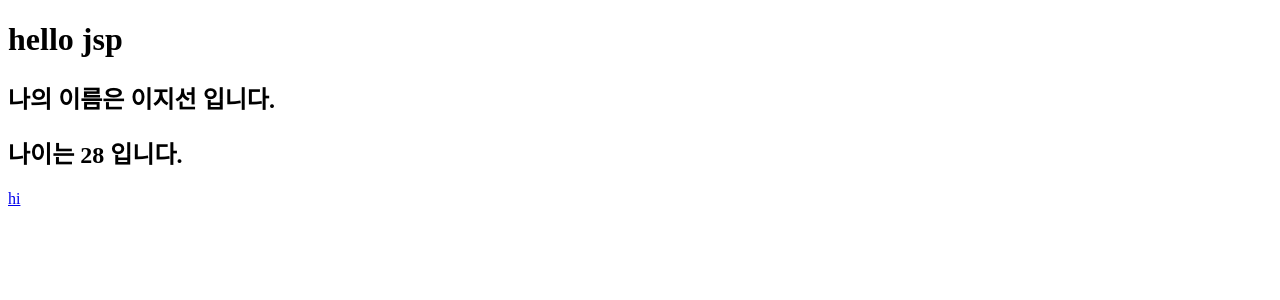
Repository: 2JISUN/hta-lecture-basic
Page: http://localhost/jsp01/hello.jsp
The author's editor kept a copy of each file at every save. The page is drawn from the files as they stood at one save, then again after the next save.
The browser window is 1280 px wide. The pictures show the whole page.
The page is served by Tomcat 10. Other server files are loaded and not shown.

Above is the page before, as saved 2023-09-13 05:46:34.

### jsp-lecture/jsp01/src/main/webapp/hello.jsp
<%@ page language="java" contentType="text/html; charset=UTF-8"
    pageEncoding="UTF-8"%>
<!DOCTYPE html>
<html>
<head>
<meta charset="UTF-8">
<title>Insert title here</title>
</head>
<body>
	<%
		String name = "이지선";
		int age = 28;

	%>
	<h1>hello jsp</h1>
	<h2>나의 이름은 <% out.println(name); %>입니다.</h2>
	<h2>나이는 <% out.println(age); %>입니다.</h2>
	<a href=hi.jsp">hi</a>
</body>
</html>

After the next save:
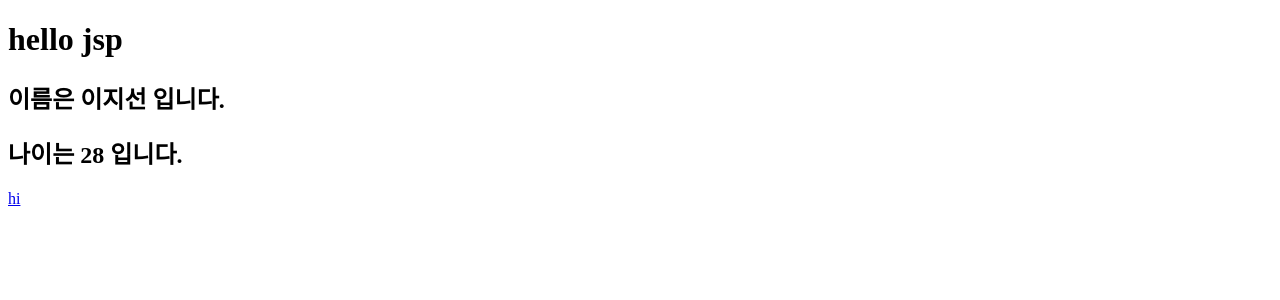
Saved 85 s later.
--- a/jsp-lecture/jsp01/src/main/webapp/hello.jsp
+++ b/jsp-lecture/jsp01/src/main/webapp/hello.jsp
@@ -13,8 +13,8 @@
 
 	%>
 	<h1>hello jsp</h1>
-	<h2>나의 이름은 <% out.println(name); %>입니다.</h2>
+	<h2>이름은 <% out.println(name); %>입니다.</h2>
 	<h2>나이는 <% out.println(age); %>입니다.</h2>
-	<a href=hi.jsp">hi</a>
+	<a href=hi.jsp?name=이마크&age=1999">hi</a>
 </body>
 </html>
